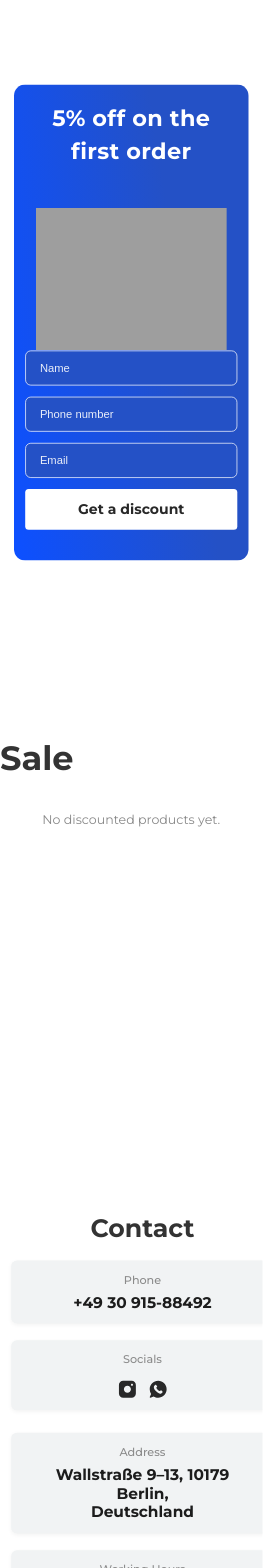
Repository: jursylian/PET-INTERNET-SHOP-PROJECT
Page: /
An editor plug-in stored every save of this project. The page is shown before and after the next save, followed by the edit.
The browser window is 375 px wide. The pictures show the part of the page from y = 1244 to 3484 px (the page is 3891 px tall), at 70% of full size.
Pictures or frames that could not be fetched are drawn as grey boxes. The page's requests for data from a server got no answer. The project was rebuilt for these pictures with package versions that can differ from the ones it lists, and the page was loaded fresh each time. No one was signed in, and anything a server would have sent is missing. Also part of the build but not shown: vite.config.js, src/pages/CategoriesAll/CategoriesAll.module.css, src/ui/PageSection/PageSection.module.css, src/ui/PageSection/PageSection.jsx, src/pages/CategoriesAll/CategoriesAll.jsx, src/redux/productsSelectors.js, src/components/ProductFilter/ProductFilter.module.css, src/components/ProductFilter/ProductFilter.jsx and 22 more.

Above is the page before, as saved 2025-11-06 22:39:44.

### index.html
<!DOCTYPE html>
<html lang="en">
  <head>
    <meta charset="UTF-8" />
    <link rel="icon" type="image/svg+xml" href="/vite.svg" />
    <link
      href="https://fonts.googleapis.com/css2?family=Montserrat:wght@400;500;700&display=swap"
      rel="stylesheet"
    />

    <meta name="viewport" content="width=device-width, initial-scale=1.0" />
    <title>pet-internet-shop-project</title>
  </head>
  <body>
    <div id="root"></div>
    <script type="module" src="/src/main.jsx"></script>
  </body>
</html>

### src/main.jsx
import React from "react";
import ReactDOM from "react-dom/client";
import App from "./App";
import { Provider } from "react-redux";
import store from "./redux/store";
import { BrowserRouter } from "react-router-dom";
import "./index.css";

ReactDOM.createRoot(document.getElementById("root")).render(
  <BrowserRouter>
    <Provider store={store}>
      <App />
    </Provider>
  </BrowserRouter>
);

### src/App.jsx
import "./App.css";
import AppRouter from "./router/AppRouter";

function App() {
  return (
    <>
      <AppRouter />
    </>
  );
}

export default App;

### src/index.css
* {
  margin: 0;
  padding: 0;
  box-sizing: border-box;
}

html,
body {
  width: 100%;
  overflow-x: hidden;
}

body {
  font-family: "Montserrat", sans-serif;
  font-size: 16px;
  line-height: 1.5;
  color: #333;
}

img {
  max-width: 100%;
  height: auto;
  display: block;
}

### src/router/AppRouter.jsx
import { Routes, Route } from "react-router-dom";
import MainLayout from "../layouts/MainLayout/MainLayout";

import Home from "../pages/Home/Home";
import CategoriesAll from "../pages/CategoriesAll/CategoriesAll";
import AllProducts from "../pages/AllProducts/AllProducts";
import ProductDescription from "../pages/ProductDescription/ProductDescription";
import Cart from "../pages/Cart/Cart";
import NotFound from "../pages/NotFound/NotFound";
import AllSales from "../pages/AllSales/AllSales";
import CategoryPage from "../pages/CategoryPage/CategoryPage";

function AppRouter() {
  return (
    <Routes>
      <Route element={<MainLayout />}>
        <Route path="/" element={<Home />} />
        <Route path="/categories" element={<CategoriesAll />} />
        <Route path="/categories/:categoryId" element={<CategoryPage />} />
        <Route path="/discounts" element={<AllSales />} />
        <Route path="/products" element={<AllProducts />} />
        <Route path="/product/:productId" element={<ProductDescription />} />
        <Route path="/cart" element={<Cart />} />
        <Route path="*" element={<NotFound />} />
      </Route>
    </Routes>
  );
}

export default AppRouter;

### src/layouts/MainLayout/MainLayout.jsx
import { Outlet } from "react-router-dom";
import Header from "../Header/Header";
import Footer from "../Footer/Footer";

export default function MainLayout() {
  return (
    <>
      <Header />
      <main className="container mx-auto p-4 min-h-[80vh]">
        <Outlet />
      </main>
      <Footer />
    </>
  );
}

### src/pages/Home/Home.jsx
import Categories from "../../components/Categories/Categories";
import PromoBanner from "../../components/PromoBanner/PromoBanner";
import DiscountForm from "../../components/DiscountForm/DiscountForm";
import SaleSection from "../../components/SaleSection/SaleSection";
import styles from "./Home.module.css";

function Home() {
  return (
    <main className={styles.wrapper}>
      <PromoBanner />
      <Categories />
      <DiscountForm />
      <SaleSection />
    </main>
  );
}

export default Home;

### src/layouts/Header/Header.jsx
import { Link, NavLink, useLocation } from "react-router-dom";
import { useSelector } from "react-redux";
import styles from "./Header.module.css";
import logo from "../../assets/logo.svg";
import cartIcon from "../../assets/cart-icon.svg";

function Header() {
  const items = useSelector((state) => state.cart.items);
  const totalQuantity = items.reduce((sum, item) => sum + item.quantity, 0);
  const location = useLocation();

  const currentPath = location.pathname;

  return (
    <header
      className={`${styles.header} ${
        currentPath !== "/" ? styles.withDivider : ""
      }`}
    >
      <div className={styles.left}>
        <Link to="/" className={styles.logo}>
          <img src={logo} alt="Логотип" />
        </Link>
      </div>

      <nav className={styles.nav}>
        {currentPath === "/" ? (
          <span className={styles.inactive}>Main Page</span>
        ) : (
          <NavLink to="/" end>
            Main Page
          </NavLink>
        )}

        {currentPath === "/categories" ? (
          <span className={styles.inactive}>Categories</span>
        ) : (
          <NavLink to="/categories">Categories</NavLink>
        )}

        {currentPath === "/products" ? (
          <span className={styles.inactive}>All Products</span>
        ) : (
          <NavLink to="/products">All Products</NavLink>
        )}

        {currentPath === "/discounts" ? (
          <span className={styles.inactive}>All Sales</span>
        ) : (
          <NavLink to="/discounts">All Sales</NavLink>
        )}
      </nav>

      <div className={styles.right}>
        <Link to="/cart" className={styles.cart}>
          <img src={cartIcon} alt="Корзина" />
          {totalQuantity > 0 && (
            <span className={styles.count}>{totalQuantity}</span>
          )}
        </Link>
      </div>
    </header>
  );
}

export default Header;

### src/layouts/Footer/Footer.jsx
import styles from "./Footer.module.css";
import chatIcon from "../../assets/ic-instagram.svg";
import phoneIcon from "../../assets/ic-whatsapp.svg";

export default function Footer() {
  return (
    <footer className={styles.footer}>
      <h3 className={styles.contact}>Contact</h3>
      <div className={styles.info}>
        <div className={styles.container}>
          <div className={styles.card}>
            <p className={styles.text}>Phone</p>
            <p className={styles.textInfo}>+49 30 915-88492</p>
          </div>
          <div className={styles.icons}>
            <p className={styles.text}>Socials</p>
            <div className={styles.socialsMedien}>
              <a
                href="https://www.instagram.com/"
                target="_blank"
                rel="noopener noreferrer"
                className={styles.socialLink}
              >
                <img src={chatIcon} alt="Instagram" />
              </a>
              <a
                href="https://wa.me/493091588492"
                target="_blank"
                rel="noopener noreferrer"
                className={styles.socialLink}
              >
                <img src={phoneIcon} alt="WhatsApp" />
              </a>
            </div>
          </div>
        </div>

        <div className={styles.container}>
          <div className={styles.card}>
            <p className={styles.text}>Address</p>
            <p
              className={styles.textInfo}
              dangerouslySetInnerHTML={{
                __html: "Wallstraße 9–13, 10179 Berlin,<br />Deutschland",
              }}
            />
          </div>
          <div className={styles.icons}>
            <p className={styles.text}>Working Hours</p>
            <p className={styles.textInfo}>24 hours a day</p>
          </div>
        </div>
      </div>
      <div className={styles.map}>
        <iframe
          className={styles.iframe}
          src="https://www.google.com/maps/embed?pb=!1m18!1m12!1m3!1d3642.428115488763!2d13.40018838277564!3d52.5113162995337!2m3!1f0!2f0!3f0!3m2!1i1024!2i768!4f13.1!3m3!1m2!1s0x47a84e27db4748a5%3A0x1d538c01013c2c7!2sWallstra%C3%9Fe%209-13%2C%2010179%20Berlin!5e0!3m2!1suk!2sde!4v1760550313224!5m2!1suk!2sde"
          width="600"
          height="450"
          style={{ border: 0 }}
          allowFullScreen=""
          loading="lazy"
          referrerPolicy="no-referrer-when-downgrade"
        ></iframe>
      </div>
    </footer>
  );
}

### src/components/Categories/Categories.jsx
import { useNavigate } from "react-router-dom";
import { useEffect, useState } from "react";
import axios from "axios";
import styles from "./Categories.module.css";

const Categories = () => {
  const navigate = useNavigate();
  const [categories, setCategories] = useState([]);

  useEffect(() => {
    const fetchCategories = async () => {
      try {
        const res = await axios.get("http://localhost:3333/categories/all");
        setCategories(res.data.slice(0, 4));
      } catch (err) {
        console.error("Ошибка загрузки категорий:", err);
      }
    };

    fetchCategories();
  }, []);

  return (
    <section className={styles.categories}>
      <div className={styles.header}>
        <h2 className={styles.title}>Categories</h2>
        <div className={styles.line}></div>
        <button
          onClick={() => navigate("/categories")}
          className={styles.showAllBtn}
        >
          All categories
        </button>
      </div>

      <div className={styles.cards}>
        {categories.map(({ id, title, image }) => (
          <div
            key={id}
            className={styles.card}
            onClick={() => navigate(`/categories/${id}`)}
          >
            <img
              src={`http://localhost:3333${image}`}
              alt={title}
              className={styles.image}
            />
            <p className={styles.label}>{title}</p>
          </div>
        ))}
      </div>
    </section>
  );
};

export default Categories;

### src/components/PromoBanner/PromoBanner.jsx
import { Link } from "react-router-dom";
import styles from "./PromoBanner.module.css";
import bannerImage from "../../assets/background.png";

function PromoBanner() {
  return (
    <section className={styles.hero}>
      <img src={bannerImage} alt="Баннер" className={styles.image} />

      <div className={styles.content}>
        <h1>
          Amazing Discounts <br />
          on Pets Products!
        </h1>

        <Link to="/discounts" className={styles.button}>
          Check out
        </Link>
      </div>
    </section>
  );
}

export default PromoBanner;

### src/pages/Home/Home.module.css
/* Home.module.css */
.wrapper {
  display: flex;
  flex-direction: column;
  gap: 80px;
  padding: 40px 0;
}

.section {
  display: flex;
  flex-direction: column;
  gap: 24px;
}

.title {
  font-size: 28px;
  font-weight: 600;
}

.grid {
  display: grid;
  grid-template-columns: repeat(auto-fill, minmax(220px, 1fr));
  gap: 24px;
}

.message {
  font-size: 16px;
  color: #555;
}

### src/layouts/Header/Header.module.css
.header {
  display: flex;
  align-items: center;
  justify-content: space-between;
  padding: 40px 80px;
  height: 128px;
  width: 100%;
  position: relative;
  background-color: #fff;
  z-index: 10;
}

.withDivider {
  border-bottom: 1px solid #e5e5e5;
}

.left,
.right {
  flex: 1;
  display: flex;
  align-items: center;
}

.left {
  justify-content: flex-start;
}

.right {
  justify-content: flex-end;
}

.logo img {
  height: 70px;
  display: block;
  transition: transform 0.3s ease;
}

.logo img:hover {
  transform: scale(1.2);
}

.nav {
  flex: 2;
  display: flex;
  justify-content: center;
  align-items: center;
  gap: 44px;
}

.nav a {
  text-decoration: none;
  color: #282828;
  font-weight: 500;
  font-size: 20px;
  transition: color 0.2s ease;
}

.nav a:hover {
  color: #007bff;
}

.active {
  color: #007bff;
  font-weight: 600;
}

.inactive {
  color: #8b8b8b;
  font-weight: 500;
  font-size: 20px;
  cursor: default;
  text-decoration: none;
  pointer-events: none;
}

.inactive:hover {
  color: #8b8b8b;
}

.cart {
  position: relative;
  display: flex;
  align-items: center;
}

.cart img {
  height: 44px;
}

.count {
  position: absolute;
  top: 0;
  left: -6px;
  background-color: #007bff;
  color: white;
  border-radius: 50%;
  font-size: 12px;
  font-weight: bold;
  width: 22px;
  height: 22px;
  display: flex;
  align-items: center;
  justify-content: center;
}

@media (max-width: 1100px) {
  .header {
    padding: 30px 60px;
  }

  .nav {
    gap: 36px;
  }

  .logo img {
    height: 60px;
  }

  .nav a {
    font-size: 18px;
  }
}

@media (max-width: 900px) {
  .header {
    padding: 24px 40px;
  }

  .nav {
    gap: 28px;
  }

  .logo img {
    height: 52px;
  }

  .nav a {
    font-size: 16px;
  }
}

@media (max-width: 768px) {
  .header {
    padding: 20px 24px;
  }

  .nav {
    gap: 20px;
  }

  .logo img {
    height: 46px;
  }

  .nav a {
    font-size: 15px;
  }

  .cart img {
    height: 36px;
  }

  .count {
    width: 18px;
    height: 18px;
    font-size: 10px;
  }
}

@media (max-width: 1100px) {
  .inactive {
    font-size: 18px;
  }
}

@media (max-width: 900px) {
  .inactive {
    font-size: 16px;
  }
}

@media (max-width: 768px) {
  .inactive {
    font-size: 15px;
  }
}

### src/layouts/Footer/Footer.module.css
.footer {
  width: 100%;
  max-width: 1360px;
  margin: 106px auto 0;
  padding-bottom: 60px;
}

.contact {
  font-size: 64px;
  margin-bottom: 40px;
}

.info {
  display: flex;
  flex-direction: column;
  gap: 32px;
}

.container {
  display: grid;
  grid-template-columns: 2fr 1fr;
  gap: 32px;
}

.card,
.icons {
  background-color: #f1f3f4;
  padding: 1rem 1.5rem;
  border-radius: 8px;
  box-shadow: 0 2px 6px rgba(0, 0, 0, 0.05);
  display: flex;
  flex-direction: column;
  justify-content: center;
  gap: 0.5rem;
  transition: transform 0.3s ease, box-shadow 0.3s ease;
}

.card:hover,
.icons:hover {
  transform: translateY(-2px);
  box-shadow: 0 4px 12px rgba(0, 0, 0, 0.08);
}

.text {
  font-weight: 500;
  font-size: 20px;
  color: #8b8b8b;
}

.textInfo {
  font-weight: 600;
  font-size: 40px;
  color: #1c1c1c;
  line-height: 1.2;
  word-break: break-word;
}
.socialsMedien {
  display: flex;
  align-items: center;
  gap: 16px;
  margin-top: 8px;
}

.socialLink img {
  width: 32px;
  height: 32px;
  object-fit: contain;
  transition: transform 0.3s ease, filter 0.3s ease;
}

.socialLink:hover img {
  transform: scale(1.15);
  filter: brightness(0) saturate(100%) invert(33%) sepia(97%) saturate(7492%)
    hue-rotate(218deg) brightness(101%) contrast(103%);
}

.map {
  margin-top: 48px;
}

.iframe {
  width: 100%;
  max-width: 100%;
  height: 350px;
  border-radius: 8px;
  display: block;
  border: none;
}

@media (max-width: 1024px) {
  .container {
    display: flex;
    flex-direction: column;
    gap: 24px;
  }

  .contact {
    font-size: 48px;
    text-align: center;
  }

  .textInfo {
    font-size: 28px;
  }

  .footer {
    margin: 80px 1rem 0;
  }

  .iframe {
    height: 300px;
  }
}

@media (max-width: 600px) {
  .contact {
    font-size: 36px;
    margin-bottom: 20px;
    text-align: center;
  }

  .text {
    font-size: 16px;
    text-align: center;
  }

  .textInfo {
    font-size: 22px;
    text-align: center;
  }

  .socialsMedien {
    justify-content: center;
  }

  .socialLink img {
    width: 28px;
    height: 28px;
  }

  .iframe {
    height: 250px;
  }

  .map {
    margin-top: 32px;
  }
}

### src/components/Categories/Categories.module.css
.categories {
  height: auto;
  min-height: 560px;
  border-radius: 10px;
  width: 100%;
  max-width: 1360px;
  margin: 0 auto;
  padding-bottom: 10px;
  margin-top: 106px;
}

.header {
  display: flex;
  align-items: center;
  margin-bottom: 40px;
  gap: 0;
}

.title {
  font-family: Montserrat;
  font-weight: 700;
  font-size: 64px;
  margin-right: 32px;
  white-space: nowrap;
}

.line {
  flex: 1;
  height: 1px;
  background-color: #dddddd;
  margin-right: -1px;
}

.showAllBtn {
  border: 1px solid #dddddd;
  border-radius: 5px;
  background-color: white;
  padding: 8px 16px;
  color: #8b8b8b;
  cursor: pointer;
  transition: all 0.3s ease;
}

.showAllBtn:hover {
  background-color: #7e7b7b;
  color: white;
  transform: translateY(-2px);
  box-shadow: 0 4px 8px rgba(0, 0, 0, 0.1);
}

.showAllBtn:active {
  background-color: #0d50ff;
  transform: scale(0.98);
  box-shadow: inset 0 2px 4px rgba(0, 0, 0, 0.2);
}

.cards {
  display: grid;
  grid-template-columns: repeat(4, 1fr);
  gap: 32px;
  justify-items: center;
}

.card {
  position: relative;
  text-align: center;
  cursor: pointer;
}

.image {
  width: 316px;
  height: 350px;
  object-fit: cover;
  border-radius: 12px;
  transition: transform 0.3s ease, box-shadow 0.3s ease;
}

.image:hover {
  transform: translateY(-6px) scale(1.05);
  box-shadow: 0 8px 16px rgba(0, 0, 0, 0.1);
}

.label {
  font-weight: 500;
  font-size: 20px;
  color: #282828;
  margin-top: 16px;
  line-height: 130%;
}

@media (max-width: 1280px) {
  .cards {
    grid-template-columns: repeat(3, 1fr);
  }
}

@media (max-width: 900px) {
  .cards {
    grid-template-columns: repeat(2, 1fr);
  }

  .title {
    font-size: 48px;
  }
}

@media (max-width: 600px) {
  .header {
    flex-direction: column;
    align-items: center;
    gap: 16px;
  }

  .title {
    font-size: 36px;
    margin-right: 0;
  }

  .line {
    width: 100%;
    margin: 0;
  }

  .showAllBtn {
    font-size: 14px;
    padding: 6px 10px;
  }

  .cards {
    grid-template-columns: 1fr;
    gap: 24px;
  }

  .image {
    width: 90%;
    height: auto;
  }
}

### src/components/PromoBanner/PromoBanner.module.css
.hero {
  position: relative;
  width: 100%;
  height: 520px;
  overflow: hidden;
  margin-top: -40px;
}

.image {
  position: absolute;
  top: 0;
  left: 0;
  width: 100%;
  height: 100%;
  object-fit: cover;
  z-index: 1;
}

.content {
  position: relative;
  z-index: 2;
  color: #fff;
  text-align: left;
  padding-left: 80px;
  transform: translateY(50px);
}

.content h1 {
  font-size: 96px;
  font-weight: 700;
  margin-bottom: 40px;
  line-height: 1.1;
}

.button {
  display: inline-block;
  background: #0d50ff;
  color: #fff;
  font-weight: 600;
  font-size: 20px;
  border: none;
  border-radius: 8px;
  cursor: pointer;
  transition: background-color 0.2s ease, transform 0.2s ease;
  padding: 16px 36px;
  text-decoration: none;
  box-sizing: border-box;
}

.button:hover {
  background-color: #0036cc;
  transform: translateY(-3px);
  box-shadow: 0px 12px 20px rgba(13, 80, 255, 0.4);
}

/* ---------------- АДАПТИВ ---------------- */

/* 📱 Чуть меньше экранов — уменьшаем заголовок */
@media (max-width: 1200px) {
  .content h1 {
    font-size: 72px;
  }
  .content {
    padding-left: 60px;
    transform: translateY(40px);
  }
}

/* 📲 Ещё меньше — делаем кнопку компактнее */
@media (max-width: 992px) {
  .content h1 {
    font-size: 56px;
  }
  .button {
    font-size: 18px;
    padding: 14px 28px;
  }
  .content {
    padding-left: 40px;
    transform: translateY(30px);
  }
}

/* 📉 При 768px — перестраиваем контент вниз и по центру */
@media (max-width: 768px) {
  .hero {
    height: auto;
    padding: 60px 20px;
  }

  .content {
    text-align: center;
    padding: 0;
    transform: none;
  }

  .content h1 {
    font-size: 48px;
    line-height: 1.2;
  }

  .button {
    margin-top: 20px;
    font-size: 16px;
    padding: 12px 24px;
  }
}

/* 📱 На совсем маленьких экранах — кнопка остаётся, просто чуть меньше */
@media (max-width: 480px) {
  .content h1 {
    font-size: 36px;
  }

  .button {
    font-size: 14px;
    padding: 10px 20px;
  }
}

### src/ui/Input/Input.jsx
import styles from "./Input.module.css";

const Input = ({
  type = "text",
  name,
  label,
  placeholder,
  value,
  onChange,
  error,
  id,
  ...rest
}) => {
  const inputId = id || name;

  return (
    <div className={styles.field}>
      {label && (
        <label htmlFor={inputId} className={styles.label}>
          {label}
        </label>
      )}
      <input
        id={inputId}
        type={type}
        name={name}
        placeholder={placeholder}
        value={value}
        onChange={onChange}
        aria-invalid={!!error}
        aria-describedby={error ? `${inputId}-error` : undefined}
        className={`${styles.input} ${error ? styles.errorBorder : ""}`}
        autoComplete="off"
        {...rest}
      />
      {error && (
        <p id={`${inputId}-error`} className={styles.error}>
          {error}
        </p>
      )}
    </div>
  );
};

export default Input;

### src/ui/Button/Button.jsx
import { useState } from "react";
import styles from "./Button.module.css";

const Button = ({ children, onClick, type = "button", disabled = false }) => {
  const [submitted, setSubmitted] = useState(false);

  const handleClick = async (e) => {
    if (onClick) {
      const result = await onClick(e);

      if (result === true) {
        setSubmitted(true);
        setTimeout(() => setSubmitted(false), 3000);
      }
    }
  };

  return (
    <button
      type={type}
      onClick={handleClick}
      className={`${styles.button} ${submitted ? styles.submitted : ""}`}
      disabled={disabled || submitted}
    >
      {submitted ? "Request submitted" : children}
    </button>
  );
};

export default Button;

### src/components/DiscountForm/DiscountForm.module.css
.wrapper {
  max-width: 1395px;
  width: 100%;
  margin: 60px auto;
  border-radius: 16px;
  overflow: hidden;
  padding: 0 20px; /* чтобы контент не прилипал к краю на малых экранах */
}

.discountSection {
  position: relative;
  background: linear-gradient(261.47deg, #2451c6 32.63%, #0d50ff 98.96%);
  border-radius: 16px;
  padding: 60px 80px 0;
  display: flex;
  flex-direction: column;
  justify-content: space-between;
  min-height: 485px;
  overflow: hidden;
}

.title {
  color: #ffffff;
  font-weight: 800;
  font-size: 64px;
  text-align: center;
  margin-bottom: 40px;
  letter-spacing: 0.5px;
}

.content {
  display: flex;
  justify-content: space-between;
  align-items: flex-end;
  position: relative;
  gap: 40px;
}

.imageWrap {
  flex: 0 0 60%;
  display: flex;
  align-items: flex-end;
  justify-content: flex-start;
}

.animals {
  width: 110%;
  height: auto;
  object-fit: contain;
  margin-bottom: 0;
}

.form {
  flex: 0 0 40%;
  display: flex;
  flex-direction: column;
  gap: 24px;
  align-items: stretch;
  justify-content: flex-end;
  padding-bottom: 32px;
}

/* ✅ адаптив */
@media (max-width: 1200px) {
  .discountSection {
    padding: 40px 40px 0;
  }

  .title {
    font-size: 48px;
  }

  .animals {
    width: 100%;
  }
}

@media (max-width: 1024px) {
  .discountSection {
    padding: 40px 24px;
  }

  .title {
    font-size: 42px;
    margin-bottom: 24px;
  }

  .content {
    flex-direction: column;
    align-items: center;
    gap: 32px;
  }

  .form {
    width: 100%;
    max-width: 380px;
    padding-bottom: 20px;
  }

  .imageWrap {
    justify-content: center;
  }

  .animals {
    width: 90%;
    transform: translateY(32px);
  }
}

@media (max-width: 600px) {
  .title {
    font-size: 32px;
  }

  .form {
    gap: 16px;
  }

  .discountSection {
    padding: 24px 16px;
  }
}

### src/components/SaleSection/SaleSection.module.css
.section {
  height: auto;
  min-height: 560px;
  border-radius: 10px;
  width: 100%;
  max-width: 1360px;
  margin: 106px auto 0;
  padding-bottom: 10px;
}

.header {
  display: flex;
  align-items: center;
  margin-bottom: 40px;
}

.line {
  width: 1100px;
  height: 1px;
  background-color: #dddddd;
}

.sectionTitle {
  font-weight: 700;
  font-size: 64px;
  margin-right: 32px;
}

.showAllButton {
  border: 1px solid #dddddd;
  border-radius: 5px;
  background-color: white;
  padding: 8px 16px;
  color: #8b8b8b;
  cursor: pointer;
  transition: all 0.3s ease;
}

.showAllButton:hover {
  background-color: #7e7b7b;
  color: white;
  transform: translateY(-2px);
  box-shadow: 0 4px 8px rgba(0, 0, 0, 0.1);
}

.showAllButton:active {
  background-color: #0d50ff;
  transform: scale(0.98);
  box-shadow: inset 0 2px 4px rgba(0, 0, 0, 0.2);
}

.card {
  position: relative;
  background-color: #fff;
  border-radius: 16px;
  overflow: hidden;
  border: 1px solid #e0e0e0;
  transition: transform 0.2s ease;
  cursor: pointer;
  display: flex;
  flex-direction: column;
  align-items: center;
}

.card:hover {
  transform: translateY(-4px);
}

.imageLink {
  display: block;
}

.cardImage {
  object-fit: contain;
  width: 316px;
  height: auto;
  display: block;
}

.cardInfo {
  width: 100%;
  border-top: 1px solid #e0e0e0;
  padding: 16px 12px;
  display: flex;
  flex-direction: column;
}

.cardTitle {
  color: #333;
  text-align: center;
  margin: 16px 0 8px 10px;
  padding: 0 12px;

  font-weight: 500;
  font-size: 20px;
  line-height: 130%;
  white-space: nowrap;
  overflow: hidden;
  text-overflow: ellipsis;
  max-width: 100%;
}

.priceRow {
  display: flex;
  flex-direction: row;
  gap: 10px;
  align-items: center;
  justify-content: flex-start;
  margin: 16px 0 10px 25px;
}

.newPrice {
  margin-bottom: 12px;
  font-weight: 600;
  font-size: 40px;
  line-height: 110%;
}

.oldPrice {
  font-size: 16px;
  color: #999;
  text-decoration: line-through;
  margin-left: 8px;
}

.discountBadge {
  position: absolute;
  top: 12px;
  right: 12px;
  background-color: #0d50ff;
  color: #fff;
  font-weight: 400;
  font-size: 20px;
  border-radius: 8px;
  display: flex;
  align-items: center;
  justify-content: center;
  z-index: 2;
  width: 68px;
  height: 34px;
}

.empty {
  text-align: center;
  font-size: 18px;
  color: #888;
  margin-top: 40px;
}

.cardsGrid {
  display: grid;
  grid-template-columns: repeat(4, 1fr);
  gap: 32px;
}

@media (max-width: 1200px) {
  .cardsGrid {
    grid-template-columns: repeat(3, 1fr);
  }
}

@media (max-width: 900px) {
  .cardsGrid {
    grid-template-columns: repeat(2, 1fr);
  }

  .sectionTitle {
    font-size: 48px;
  }
}

@media (max-width: 600px) {
  .cardsGrid {
    grid-template-columns: 1fr;
  }
}

### src/ui/Input/Input.module.css
.field {
  width: 100%;
  display: flex;
  flex-direction: column;
  gap: 6px;
}

.label {
  font-size: 16px;
  font-weight: 500;
  color: #ffffff;
}

.input {
  width: 100%;
  height: 58px;
  padding: 16px 32px;
  border-radius: 8px;
  border: 1px solid #ffffff;
  background-color: #2451c6;
  color: #ffffff;
  font-size: 18px;

  transition: all 0.25s ease;
}

.input::placeholder {
  color: rgba(255, 255, 255, 0.9);
  font-size: 16px;
}

.input:hover {
  background-color: #2e5fe0;
  border-color: #cfe0ff;
}

.input:focus {
  outline: none;
  border-color: #80b3ff;
  background-color: #2b5ce0;
  box-shadow: 0 0 10px rgba(128, 179, 255, 0.5);
}

.error {
  font-size: 14px;
  color: #ffcccc;
  margin-top: 4px;
}

.errorBorder {
  border-color: #ff5555;
  background-color: #2a3fa3;
}

@media (max-width: 768px) {
  .input {
    height: 50px;
    padding: 14px 20px;
    font-size: 16px;
  }

  .label {
    font-size: 14px;
  }
}

### src/ui/Button/Button.module.css
.button {
  padding: 16px 32px;
  width: 100%;
  height: 58px;
  font-family: Montserrat, sans-serif;
  font-weight: 600;
  font-size: 20px;
  border: none;
  border-radius: 5px;
  cursor: pointer;
  background-color: #fff;
  color: #282828;
  transition: all 0.3s ease;
}

/* при наведении */
.button:hover {
  background-color: #282828;
  color: #fff;
}

/* активное состояние (после отправки) */
.button.submitted {
  background-color: #fff;
  color: #0d50ff;
  border: 2px solid #0d50ff;
  cursor: default;
  transition: all 0.3s ease;
}

/* убираем hover для состояния submitted */
.button.submitted:hover {
  background-color: #fff;
  color: #0d50ff;
}

Loaded but not shown: src/redux/productSlice.js (51 lines, source omitted); src/redux/cartSlice.js (38 lines, source omitted); src/redux/store.js (12 lines, source omitted); src/components/DiscountForm/DiscountForm.jsx (91 lines, source omitted); src/components/SaleSection/SaleSection.jsx (89 lines, source omitted); src/App.css (no stored copy; drawn as an empty file)

After the next save:
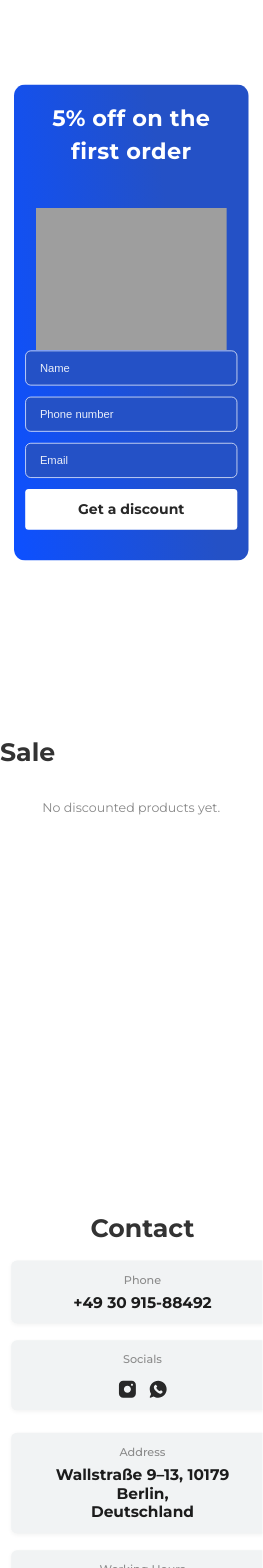
Saved 30 s later.
--- a/src/components/SaleSection/SaleSection.module.css
+++ b/src/components/SaleSection/SaleSection.module.css
@@ -173,4 +173,8 @@
   .cardsGrid {
     grid-template-columns: 1fr;
   }
+
+  .sectionTitle {
+    font-size: 36px;
+  }
 }
